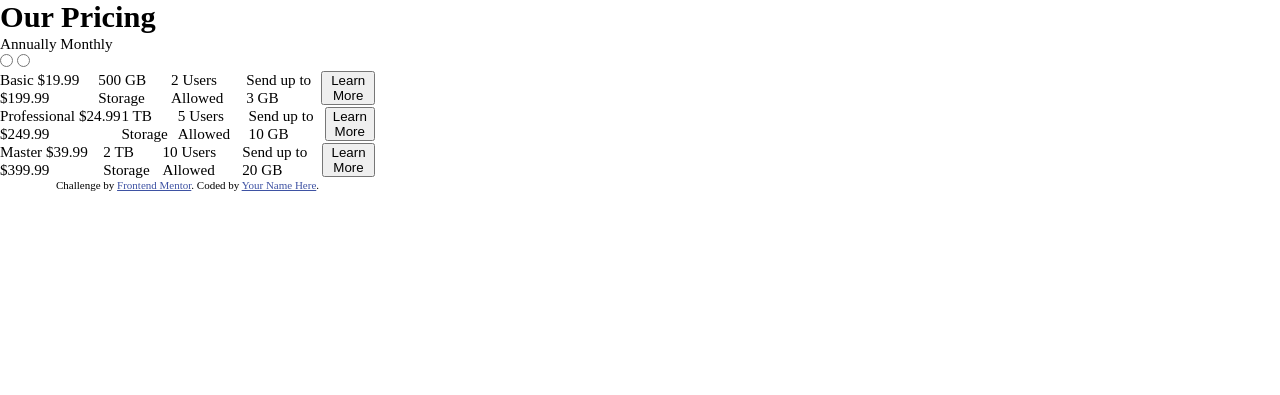
Repository: JuzzJoel/pricing-component-with-toggle-master
Page: index.html
An editor plug-in stored every save of this project. The page is shown before and after a run of saves, followed by the edit.
The browser window is 1280 px wide. The pictures show the whole page.

Above is the page before, as saved 2025-05-24 07:57:49.

After the next 5 saves:
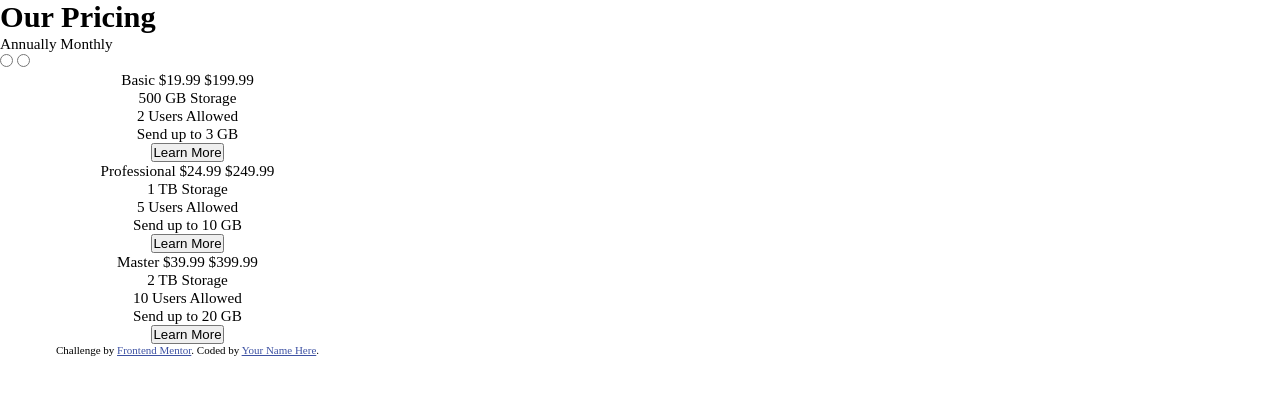
The 5 saves are shown as one change because they came seconds apart.
The last was saved 13 s later.
--- a/index.html
+++ b/index.html
@@ -63,10 +63,12 @@ body{
    }
         .card{
           display: flex;
+          flex-direction: column;
+          align-items: center;
+        }
+          .rows-head{
 
-
-        }
-          .rows-head{}
+          }
 
           .rows{
 
